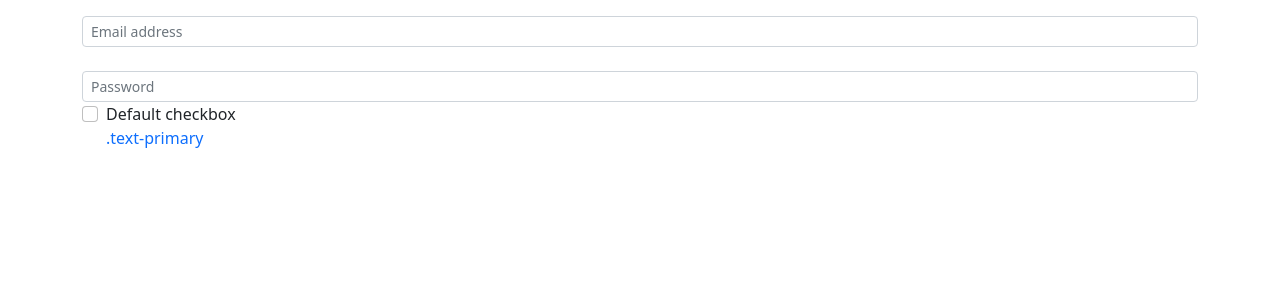
Repository: NPhanA/React2022
Page: / (app in Day 03-React/exercise/)
These files come from the project's save history. The page is drawn as it stood at one moment and after the next save; the edit follows.
The browser window is 1280 px wide. The pictures show the whole page.
The project was rebuilt for these pictures with package versions that can differ from the ones it lists, and the page was loaded fresh each time. Also part of the build but not shown: Day 03-React/exercise/src/App.css, Day 03-React/exercise/src/App.js, Day 03-React/exercise/src/Components/UserAgent.js, Day 03-React/exercise/src/Components/ProfileCard.js.

Above is the page before, as saved 2022-07-26 17:23:26.

After the next save:
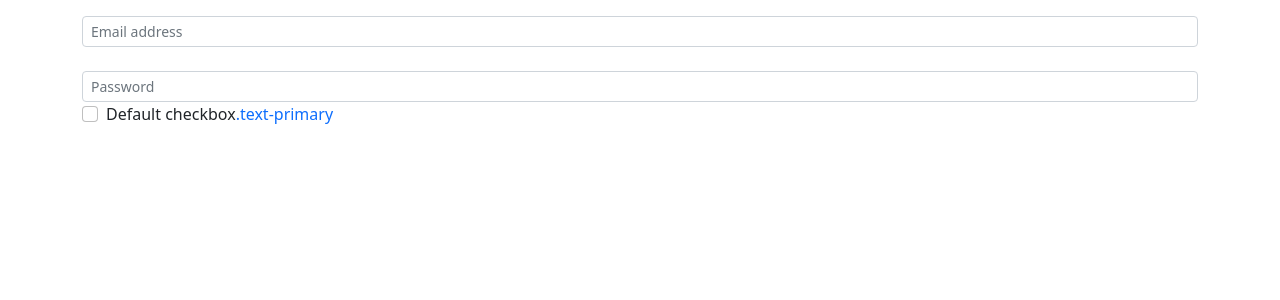
Saved 16 s later.
--- a/Day 03-React/exercise/src/Components/SignInForm.js
+++ b/Day 03-React/exercise/src/Components/SignInForm.js
@@ -14,7 +14,7 @@ function SignInForm() {
                     <label class="form-check-label" for="flexCheckDefault">
                      Default checkbox
                 </label>
-                <p class="text-primary">.text-primary</p>
+                <span className="text-primary">.text-primary</span>
 </div>
                 </form>
             </div>
